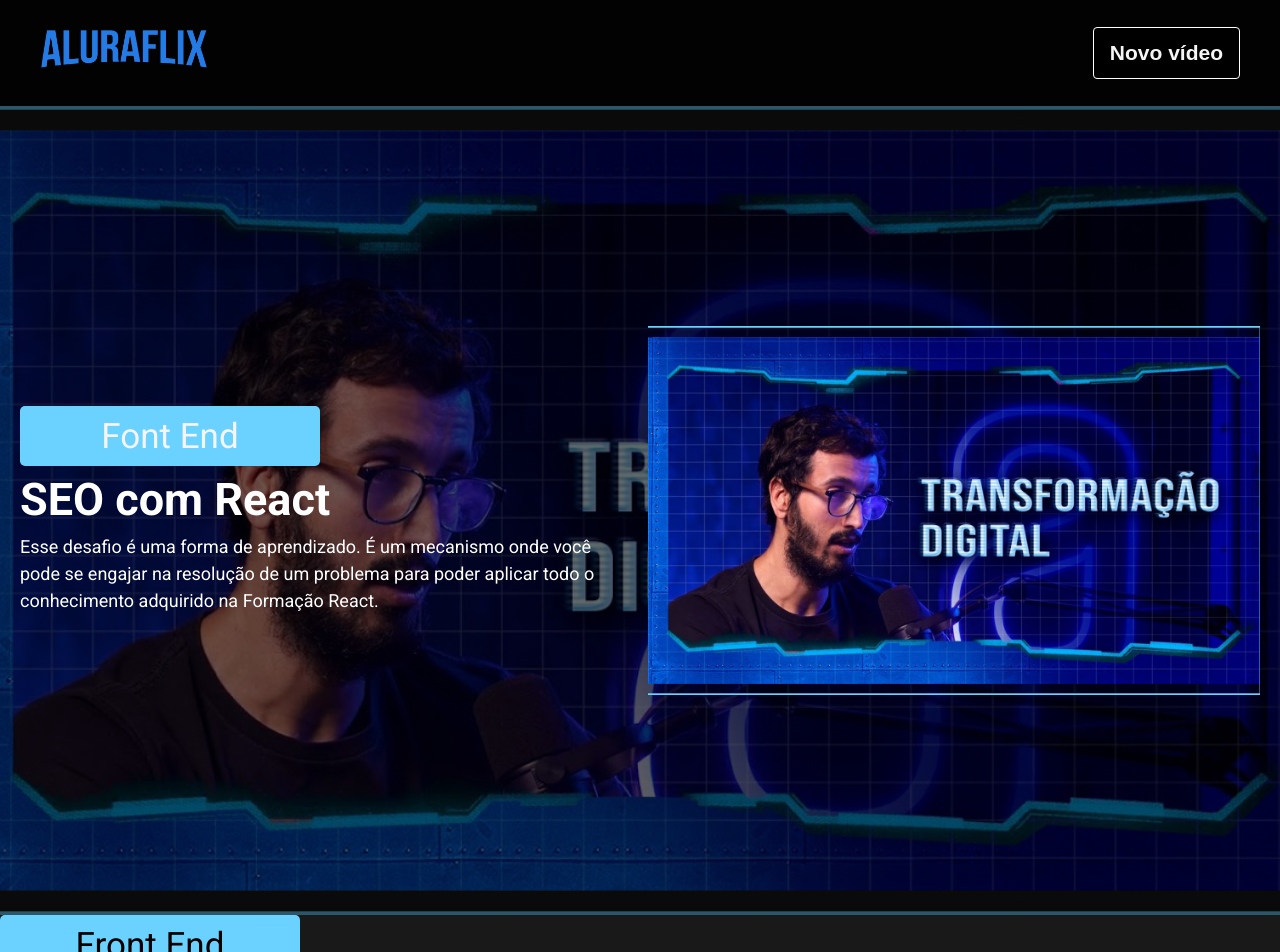
Repository: CarlosEduardoVdeOliveira/aluraflix
Page: /
The author's editor kept a copy of each file at every save. The page is drawn from the files as they stood at one save, then again after the next save.
The browser window is 1280 px wide. The pictures show the part of the page from y = 0 to 952 px (the page is 2961 px tall).
The project was rebuilt for these pictures with package versions that can differ from the ones it lists, and the page was loaded fresh each time. Also part of the build but not shown: vite.config.js, src/components/Input/Input.module.css, src/components/Input/index.jsx, src/components/TextArea/TextArea.module.css, src/components/TextArea/index.jsx, src/pages/RegisterVideo/Register.module.css, src/pages/RegisterVideo/index.jsx, src/components/Table/Table.module.css and 3 more.

Above is the page before, as saved 2023-09-26 10:18:10.

### index.html
<!doctype html>
<html lang="en">
  <head>
    <meta charset="UTF-8" />
    <link rel="preconnect" href="https://fonts.googleapis.com">
    <link rel="preconnect" href="https://fonts.gstatic.com" crossorigin>
    <!-- <link rel="icon" type="image/svg+xml" href="/vite.svg" /> -->
    <meta name="viewport" content="width=device-width, initial-scale=1.0" />
    <link href="https://fonts.googleapis.com/css2?family=Roboto:wght@300;400;500;700&display=swap" rel="stylesheet">
    <title>AluraFlix</title>
  </head>
  <body>
    <div id="root"></div>
    <script type="module" src="/src/main.jsx"></script>
  </body>
</html>

### src/main.jsx
import React from 'react'
import ReactDOM from 'react-dom/client'
import {AppRoutes} from './routes'
import './index.css'
import { ThemeProvider } from '@emotion/react'
import { theme } from './customColors'

ReactDOM.createRoot(document.getElementById('root')).render(
  <React.StrictMode>
    <ThemeProvider theme={theme}>
      <AppRoutes />
    </ThemeProvider>
  </React.StrictMode>,
)

### src/routes.jsx
import { BrowserRouter, Route, Routes } from 'react-router-dom'
import {PageBase} from './pages/pageBase'
import {Home} from './pages/Home'
import { ThemeProvider } from '@mui/material'
import { theme } from './customColors'
import {RegisterVideo} from './pages/RegisterVideo'
import {RegisterCategory} from './pages/RegisterCategory'


export const AppRoutes = () => {
  return (
    <BrowserRouter>
      <ThemeProvider theme={theme}>
        <Routes>
          <Route path='/' element={<PageBase />}>
            <Route index element={<Home />}></Route>
            <Route path='register-video' element={<RegisterVideo />}></Route>
            <Route path='register-category' element={<RegisterCategory />}></Route>
          </Route>
        </Routes>
      </ThemeProvider>
    </BrowserRouter>
  )
}

### src/index.css
:root {
  --gray-100: #F5F5F5;
  --gray-150: #E5E5E5;
  --gray-175: #C2C2C2;
  --gray-300: #9E9E9E;
  --gray-500: #191919;
  --black: #000;
  --blue-500: #2A7AE4;
  --red-500: #E53935;
  font-family: 'Roboto', sans-serif;
  line-height: 1.5;
  font-weight: 400;
  font-size: 1rem;
  font-synthesis: none;
  text-rendering: optimizeLegibility;
  -webkit-font-smoothing: antialiased;
  -moz-osx-font-smoothing: grayscale;
  -webkit-text-size-adjust: 100%;
}
*{
  box-sizing: border-box;
  margin: 0;
  padding: 0;
  scroll-behavior: smooth;
}
body{
  background-color: var(--gray-500);
}
a {
  text-decoration: none;
  transiton: .5s all ease-out;
}

button{
  cusor: pointer;
  transiton: .5s all ease-out;
}

@media screen and (max-width: 1080px){
  body{
    font-size: 87.5%;
  }
}
@media screen and (max-width: 700px){
  body{
    font-size: 75%;
  }
}

### src/customColors.js
import { createTheme } from '@mui/material/styles';

export const theme = createTheme({
  palette: {
    withe: "#FFFFFF",
    gray100: "#F5F5F5",
    gray150: "#E5E5E5",
    gray175: "#C2C2C2",
    gray300: "#9E9E9E",
    gray500: "#191919",
    black: "#000000",
    blue500: "#2A7AE4",
    red500: "#E53935",
  },
});

### src/pages/pageBase/index.jsx
import { Banner } from '../../components/Banner';
import {Footer} from '../../components/Footer';
import {Header} from '../../components/Header'
import { Outlet } from "react-router-dom";
import { useLocation } from 'react-router-dom';


export const PageBase = () => {
  const location = useLocation()
  return (
    <main>
      <Header button={location.pathname === '/'} />
      <Banner banner={location.pathname === '/'} />
      <Outlet />
      <Footer />
    </main>
  )
}

### src/pages/Home/index.jsx
import {Category} from "../../components/Category";

// eslint-disable-next-line react/prop-types
export const Home = () => {

  return (
    <>
      {
        <Category />
      }
    </>
  )
}

### src/components/Banner/index.jsx
/* eslint-disable react/prop-types */
import styles from './Banner.module.css'
import bannerImage from '../../../public/banner.png'
import {TitleCategory} from '../TitleCategory';

export const Banner = ({banner}) => {
  return(
    <>
      {
        banner && (
        <div className={styles.container}>
          <div className={styles.content}>
            <TitleCategory
              bgColor="#6BD1FF"
              color="#f5f5f5"
            >
              Font End
            </TitleCategory>
            <h5 >
              SEO com React
            </h5>
            <p>
              Esse desafio é uma forma de aprendizado.
              É um mecanismo onde você pode se engajar na resolução de um problema
              para poder aplicar todo o conhecimento adquirido na Formação React.
            </p>
          </div>
          <img src={bannerImage} alt='Imagem do SEO da alura, '/>
        </div>
        )
      }
    </>
  );
}

### src/components/Footer/index.jsx
import { Link } from 'react-router-dom'
import logo from '../../assets/logo.png'
import styles from './Footer.module.css'
export const Footer = () => {
  return (
    <footer className={styles.container}>
      <Link to='/'>
        <img src={logo} alt="Logo do aluraflix" />
      </Link>
    </footer>
  )
}

### src/components/Header/index.jsx
/* eslint-disable react/prop-types */
// eslint-disable-next-line no-unused-vars
import React from 'react';
import logo from '../../assets/logo.png'
import styles from './Header.module.css'
import { Link } from 'react-router-dom';
import {Button} from '../Button';


export const Header = ({button}) => {

  return (
    <header className={styles.container}>
      <Link to="/">
        <img src={logo} alt='Logo do aluraflix' />
      </Link>
      {button &&
          <Link to="/register-video">
            <Button
              bgColor="#000"
              borderColor="1px solid #FFF"
              color="#F5f5f5"
            >
                  Novo vídeo
            </Button>
          </Link>
      }
    </header>
  )
}

### src/components/Category/index.jsx
import { TitleCategory } from "../TitleCategory";
import styles from "./Category.module.css";
import { videos, categories } from "../../json/db.json";
import Carousel from 'react-material-ui-carousel'
import { Card } from "../Card";

export const Category = () => {
  function verifyCategory(category){
    const vcat = videos.some(vc => vc.category === category)
    return vcat
  }
    console.log(verifyCategory("Front End"));
  return (
    <>
      {
        categories.map((category) => (
          <section className={styles.container} key={category.id}>
            <TitleCategory bgColor={category.color}>{category.name}</TitleCategory>
            <Carousel >
              <div className={styles.videos}>
                {videos.map(
                  (video) =>
                    category.name === video.category && (
                      <Card
                        link={video.link}
                        key={video.id}
                        thumbnail={video.thumbnail}
                        borderColor={category.color}
                        description={video.description}
                      />
                    )
                )}
              </div>

            </Carousel>
          </section>
        ))
      }
    </>
  );
};

### src/components/Button/index.jsx
/* eslint-disable react/prop-types */
import styles from './Button.module.css'

export const Button = ({children, bgColor, borderColor, color}) => {
  return(
    <button className={styles.button}
      style={{
        background:bgColor,
        border:borderColor,
        color:color
      }}
    >
      {children}
    </button>
  )
}

### src/json/db.json
{
  "videos":[
  {
    "id": 1,
    "name": "Homem-Aranha - Sem Volta Para Casa",
    "link": "https://www.youtube.com/watch?v=k77WZrvuDQU&ab_channel=Alura",
    "thumbnail": "https://i.ytimg.com/vi/k77WZrvuDQU/sddefault.jpg",
    "category": "Front End",
    "description": "Descrição qualquer"
  },
  {
    "id": 2,
    "name": "Homem-Aranha - Sem Volta Para Casa",
    "link": "https://www.youtube.com/watch?v=k77WZrvuDQU&ab_channel=Alura",
    "thumbnail": "https://i.ytimg.com/vi/CyiiEJRZjSU/maxresdefault.jpg",
    "category": "Front End",
    "description": "Descrição qualquer"
  },
  {
    "id": 3,
    "name": "Homem-Aranha - Sem Volta Para Casa",
    "link": "https://www.youtube.com/watch?v=hHM-hr9q4mo&ab_channel=Rocketseat",
    "thumbnail": "https://i.ytimg.com/vi/hHM-hr9q4mo/maxresdefault.jpg",
    "category": "Front End",
    "description": "Descrição qualquer"
  },
  {
    "id": 4,
    "name": "Homem-Aranha - Sem Volta Para Casa",
    "link": "https://www.youtube.com/watch?v=hHM-hr9q4mo&ab_channel=Rocketseat",
    "thumbnail": "https://i.ytimg.com/vi/hHM-hr9q4mo/maxresdefault.jpg",
    "category": "Back End",
    "description": "Descrição qualquer"
  },
  {
    "id": 5,
    "name": "Homem-Aranha - Sem Volta Para Casa",
    "link": "https://www.youtube.com/watch?v=hHM-hr9q4mo&ab_channel=Rocketseat",
    "thumbnail": "https://i.ytimg.com/vi/hHM-hr9q4mo/maxresdefault.jpg",
    "category": "Back End",
    "description": "Descrição qualquer"
  },
  {
    "id": 6,
    "name": "Homem-Aranha - Sem Volta Para Casa",
    "link": "https://www.youtube.com/watch?v=hHM-hr9q4mo&ab_channel=Rocketseat",
    "thumbnail": "https://i.ytimg.com/vi/hHM-hr9q4mo/maxresdefault.jpg",
    "category": "Back End",
    "description": "Descrição qualquer"
  },
  {
    "id": 7,
    "name": "Homem-Aranha - Sem Volta Para Casa",
    "link": "https://www.youtube.com/watch?v=MGIs7DSQ-0A&ab_channel=Alura",
    "thumbnail": "https://i.ytimg.com/vi/MGIs7DSQ-0A/maxresdefault.jpg",
    "category": "Mobile",
    "description": "Descrição qualquer"
  },
  {
    "id": 8,
    "name": "Homem-Aranha - Sem Volta Para Casa",
    "link": "https://www.youtube.com/watch?v=MGIs7DSQ-0A&ab_channel=Alura",
    "thumbnail": "https://i.ytimg.com/vi/MGIs7DSQ-0A/maxresdefault.jpg",
    "category": "Mobile",
    "description": "Descrição qualquer"
  },
  {
    "id": 9,
    "name": "Homem-Aranha - Sem Volta Para Casa",
    "link": "https://www.youtube.com/watch?v=MGIs7DSQ-0A&ab_channel=Alura",
    "thumbnail": "https://i.ytimg.com/vi/MGIs7DSQ-0A/maxresdefault.jpg",
    "category": "Mobile",
    "description": "Descrição qualquer"
  },
  {
    "id": 10,
    "name": "Homem-Aranha - Sem Volta Para Casa",
    "link": "https://www.youtube.com/watch?v=CyiiEJRZjSU",
    "thumbnail": "https://i.ytimg.com/vi/CyiiEJRZjSU/maxresdefault.jpg",
    "category": "Data Science",
    "description": "Descrição qualquer"
  },
  {
    "id": 11,
    "name": "Homem-Aranha - Sem Volta Para Casa",
    "link": "https://www.youtube.com/watch?v=CyiiEJRZjSU",
    "thumbnail": "https://i.ytimg.com/vi/CyiiEJRZjSU/maxresdefault.jpg",
    "category": "Data Science",
    "description": "Descrição qualquer"
  },
  {
    "id": 12,
    "name": "Homem-Aranha - Sem Volta Para Casa",
    "link": "https://www.youtube.com/watch?v=CyiiEJRZjSU",
    "thumbnail": "https://i.ytimg.com/vi/CyiiEJRZjSU/maxresdefault.jpg",
    "category": "Data Science",
    "description": "Descrição qualquer"
  },
  {
    "id": 13,
    "name": "Homem-Aranha - Sem Volta Para Casa",
    "link": "https://www.youtube.com/watch?v=CyiiEJRZjSU",
    "thumbnail": "https://i.ytimg.com/vi/CyiiEJRZjSU/maxresdefault.jpg",
    "category": "UX",
    "description": "Descrição qualquer"
  },
  {
    "id": 14,
    "name": "Homem-Aranha - Sem Volta Para Casa",
    "link": "https://www.youtube.com/watch?v=CyiiEJRZjSU",
    "thumbnail": "https://i.ytimg.com/vi/CyiiEJRZjSU/maxresdefault.jpg",
    "category": "UX",
    "description": "Descrição qualquer"
  },
  {
    "id": 15,
    "name": "Homem-Aranha - Sem Volta Para Casa",
    "link": "https://www.youtube.com/watch?v=CyiiEJRZjSU",
    "thumbnail": "https://i.ytimg.com/vi/CyiiEJRZjSU/maxresdefault.jpg",
    "category": "UX",
    "description": "Descrição qualquer"
  },
  {
    "id": 16,
    "name": "Homem-Aranha - Sem Volta Para Casa",
    "link": "https://www.youtube.com/watch?v=CyiiEJRZjSU",
    "thumbnail": "https://i.ytimg.com/vi/CyiiEJRZjSU/maxresdefault.jpg",
    "category": "Infra",
    "description": "Descrição qualquer"
  },
  {
    "id": 17,
    "name": "Homem-Aranha - Sem Volta Para Casa",
    "link": "https://www.youtube.com/watch?v=CyiiEJRZjSU",
    "thumbnail": "https://i.ytimg.com/vi/CyiiEJRZjSU/maxresdefault.jpg",
    "category": "Infra",
    "description": "Descrição qualquer"
  },
  {
    "id": 18,
    "name": "Homem-Aranha - Sem Volta Para Casa",
    "link": "https://www.youtube.com/watch?v=CyiiEJRZjSU",
    "thumbnail": "https://i.ytimg.com/vi/CyiiEJRZjSU/maxresdefault.jpg",
    "category": "Infra",
    "description": "Descrição qualquer"
  },
  {
    "id": 19,
    "name": "Homem-Aranha - Sem Volta Para Casa",
    "link": "https://www.youtube.com/watch?v=CyiiEJRZjSU",
    "thumbnail": "https://i.ytimg.com/vi/CyiiEJRZjSU/maxresdefault.jpg",
    "category": "Inovation",
    "description": "Descrição qualquer"
  },
  {
    "id": 20,
    "name": "Homem-Aranha - Sem Volta Para Casa",
    "link": "https://www.youtube.com/watch?v=CyiiEJRZjSU",
    "thumbnail": "https://i.ytimg.com/vi/CyiiEJRZjSU/maxresdefault.jpg",
    "category": "Inovation",
    "description": "Descrição qualquer"
  },
  {
    "id": 21,
    "name": "Homem-Aranha - Sem Volta Para Casa",
    "link": "https://www.youtube.com/watch?v=CyiiEJRZjSU",
    "thumbnail": "https://i.ytimg.com/vi/CyiiEJRZjSU/maxresdefault.jpg",
    "category": "Inovation",
    "description": "Descrição qualquer"
  },
  {
    "id": 22,
    "name": "Homem-Aranha - Sem Volta Para Casa",
    "link": "https://www.youtube.com/watch?v=CyiiEJRZjSU",
    "thumbnail": "https://i.ytimg.com/vi/CyiiEJRZjSU/maxresdefault.jpg",
    "category": "AI",
    "description": "Descrição qualquer"
  }
],
"categories":[
  {

    "id":1,
    "name":"Front End",
    "description": "Todos os vídeo da área de Front End juntarei nessa categoria para organizar os estudos que venho fazendo atualmente (FieldTextarea)",
    "color":"#6BD1FF"
  },
  {
    "id":2,
    "name":"Back End",
    "description": "Todos os vídeo que estou usando para estudar Back End ",
    "color":"#69953B"
  },
  {
    "id":3,
    "name":"Design & UX",
    "description": "Ferramentas e técnicas que estudo sobre UX e Design",
    "color":"#DC6EBE"
  },
  {
    "id":4,
    "name":"Infraestrutura" ,
    "description": "Tudo que estou aprendendo sobre Docker e muito mais",
    "color":"#9CD33B"
  },
  {
    "id":5,
    "name":"Marketing Digital",
    "description": "A forma de vender a monetizar minhas ideias",
    "color":"#6B5BE2"
  },
  {
    "id":6,
    "name":"Data Science",
    "description": "Coisas de R e Python que venho aprendendo",
    "color":"#9CD33B"
  },
  {
    "id":7,
    "name":"Inovação & Gestão",
    "description": "Como manter o time feliz e muito mais",
    "color":"#FF8C2A"
  },
  {
    "id":8,
    "name":"Mobile",
    "description": "Conteúdo que venho estudando sobre React Native e Flutter",
    "color":"#FFBA05"
  },
  {
    "id":9,
    "name":"AI",
    "description": "Conteúdo que venho estudando sobre React Native e Flutter",
    "color":"#B210C7"
  }
]
}

### src/components/Banner/Banner.module.css
.container{
  background: linear-gradient(rgba(0, 0, 0, 0.59), rgba(0, 0, 0, 0.59)),
  url(../../../public/banner.png) center / cover no-repeat;
  width: 100%;
  height: 50.563rem;
  display: grid;
  grid-template-columns: 1fr 1fr;
  align-items: center;
  gap: 1rem;
  padding: 20px;
}
.container img{
  width: 100%;
  flex-shrink: 0;
}
.content{
  color: #FFF;
}
.content h5{
  font-size: 2.813rem;
}
.content p{
  font-size: 1.125rem;
}

### src/components/TitleCategory/index.jsx
import styles from "./TitleCategory.module.css"
// eslint-disable-next-line react/prop-types
export const TitleCategory = ({children, bgColor, color}) => {
  return(
    <div
      className={styles.container}
      style={{
        backgroundColor: bgColor,
        color: color
      }}
    >
      {children}
    </div>
  )
}

### src/components/Footer/Footer.module.css
.container{
  display: flex;
  align-items: center;
  justify-content: center;
  padding: 1.688rem 2.5rem;
  background-color: rgba(0, 0, 0, 0.9);
}

.container img{
  width: 168.45px;
  height: 40px;
}

### src/components/Header/Header.module.css
.container{
  display: flex;
  justify-content: space-between;
  align-items: center;
  padding: 1.688rem 2.5rem;
  background-color: rgba(0, 0, 0, 0.9);
}

.container img{
  width: 168.45px;
  height: 40px;
}

### src/components/Category/Category.module.css
.container{
  display: flex;
  flex-direction: column;
  overflow: none;
  width: 23%;
}
.videos{
  display: flex;
  width: 100%;
}

### src/components/Card/index.jsx
/* eslint-disable react/prop-types */
import styles from './Card.module.css'
import { Link } from 'react-router-dom'

export const Card = ({
  id,
  link,
  thumbnail,
  description,
  borderColor
}) => {
  return(
    <>
      <Link
        to={link}
        className={styles.card}
        style={{border:`1px solid ${borderColor}`}}
        key={id}
        target='_blank'
        title={description}
      >
        <img src={thumbnail} alt={description} />
      </Link>

    </>
  )
}

### src/components/Button/Button.module.css
.button{
  color: #FFF;
  text-align: center;
  padding: 0.8rem 1rem;
  border-radius: .25rem;
  font-size: 21px;
  font-style: normal;
  font-weight: 600;
  cursor: pointer;
  line-height: 24px;
  transition: all .5s ease-in-out;
}

.button:hover{
  opacity: 0.8;
}

### src/components/TitleCategory/TitleCategory.module.css
.container{
  width: 300px;
  height: 60px;
  padding: 5px;
  text-align: center;
  border-radius: 5px;
  font-size: 35px;

  text-overflow: ellipsis;
  white-space: nowrap;
  overflow: hidden;
}

### src/components/Card/Card.module.css
.card{
  width: 433px;
  height: 263px;
  border-radius: .25rem;
  animation: slideAnimation 5s infinite alternate;
}
.card img{
  width: 430px;
  height: 260px;
  border-radius: .25rem;
}

After the next save:
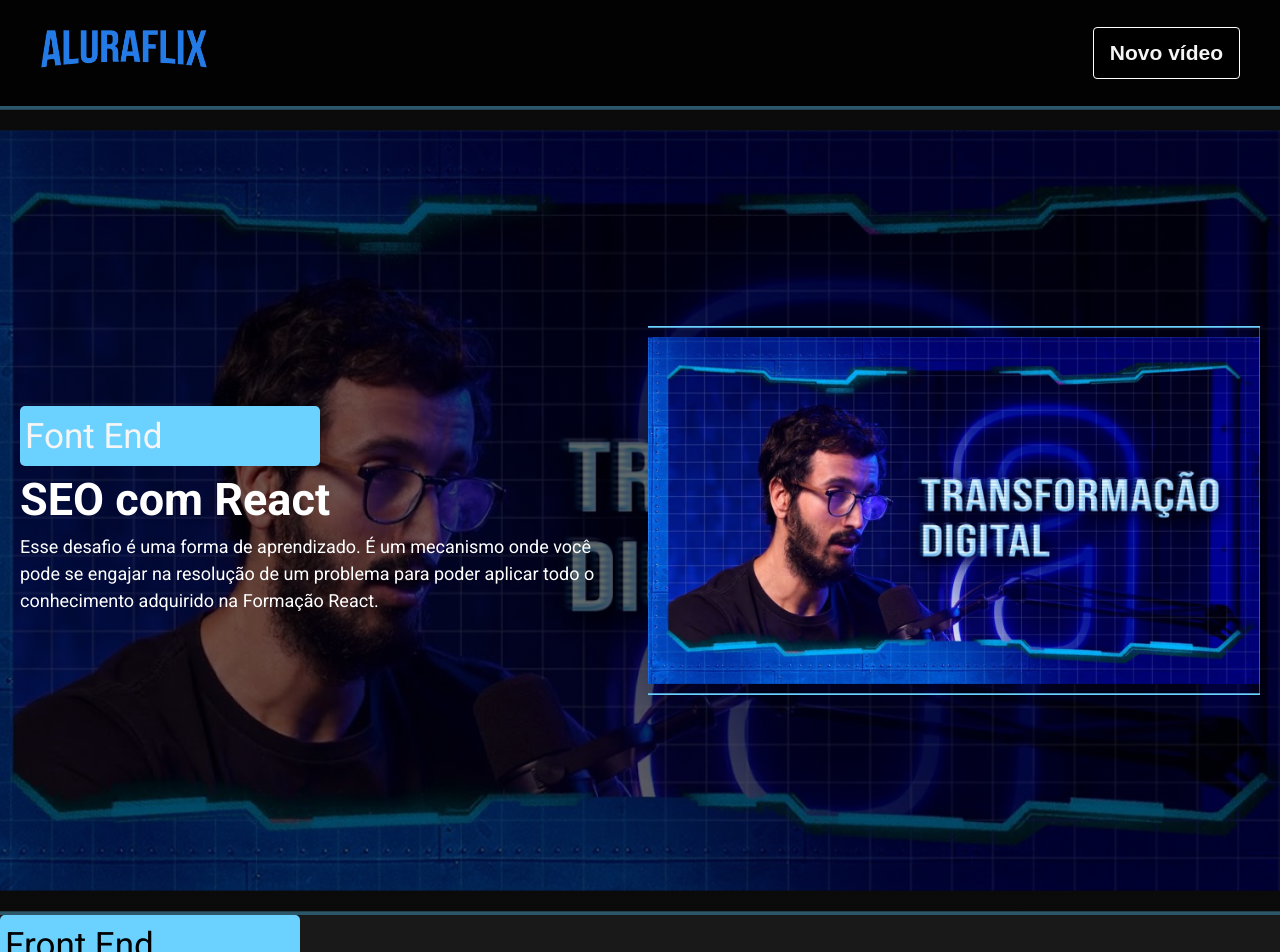
Saved 24 s later.
--- a/src/components/TitleCategory/TitleCategory.module.css
+++ b/src/components/TitleCategory/TitleCategory.module.css
@@ -9,4 +9,7 @@
   text-overflow: ellipsis;
   white-space: nowrap;
   overflow: hidden;
+
+  display: -webkit-box;
+
 }

After the save that followed:
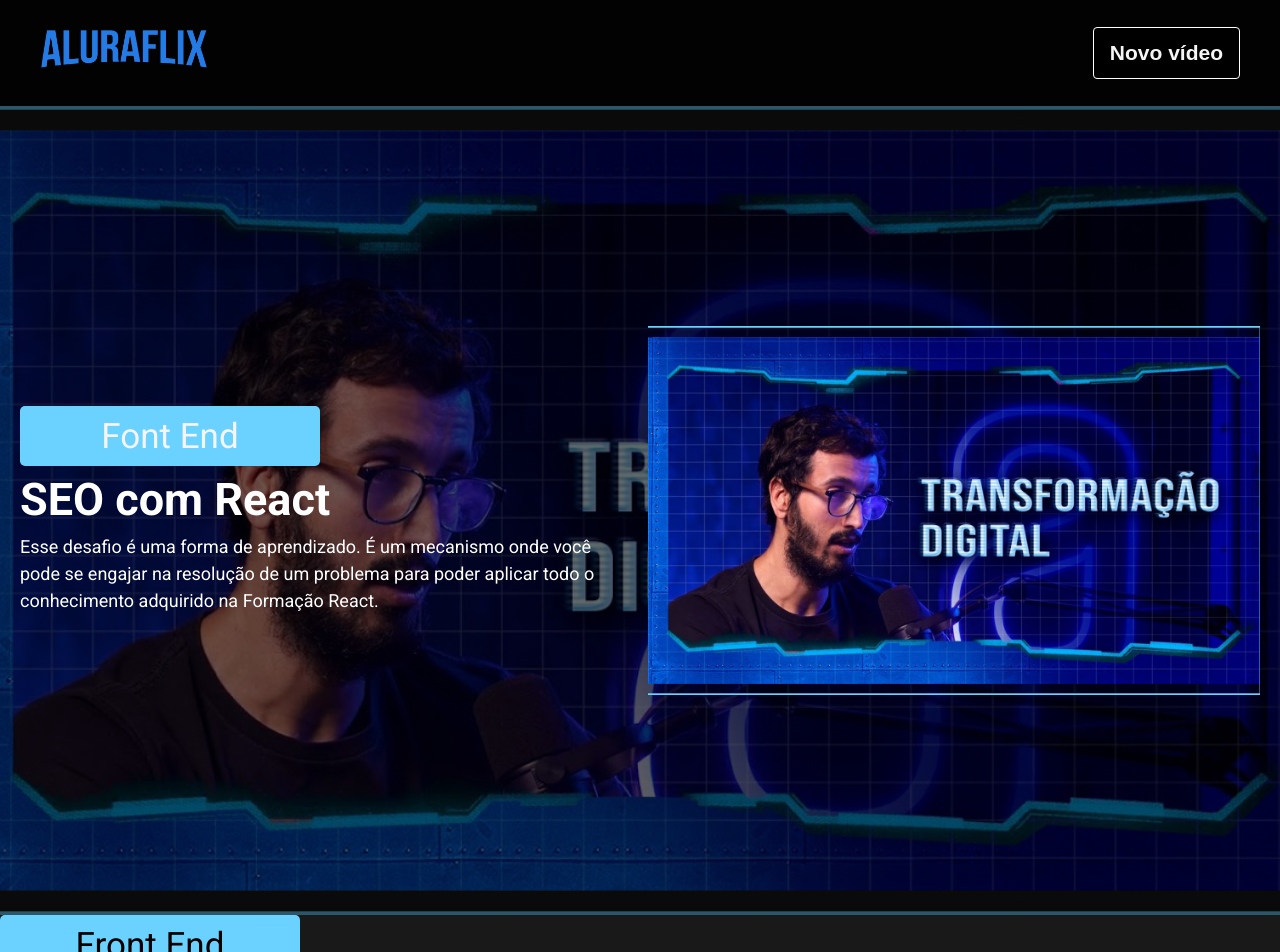
Saved 8 s later.
--- a/src/components/TitleCategory/TitleCategory.module.css
+++ b/src/components/TitleCategory/TitleCategory.module.css
@@ -11,5 +11,7 @@
   overflow: hidden;
 
   display: -webkit-box;
-
+  -webkit-line-clamp: 3;
+  overflow: hidden;
+  -webkit-box-orient: vertical;
 }
